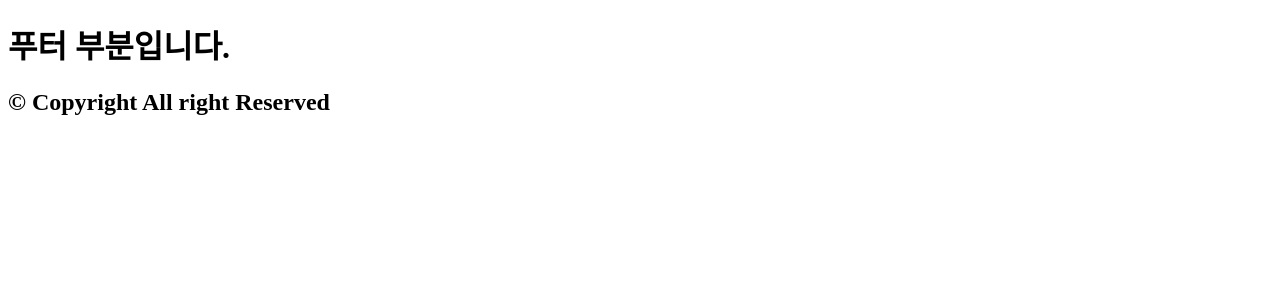
Repository: ifpi98/java_e
Page: http://localhost/jspproject/footer.jsp
These files come from the project's save history. The page is drawn as it stood at one moment and after the next save; the edit follows.
The browser window is 1280 px wide. The pictures show the whole page.
The page is served by Tomcat 9.

Above is the page before, as saved 2023-07-06 04:00:18.

After the next save:
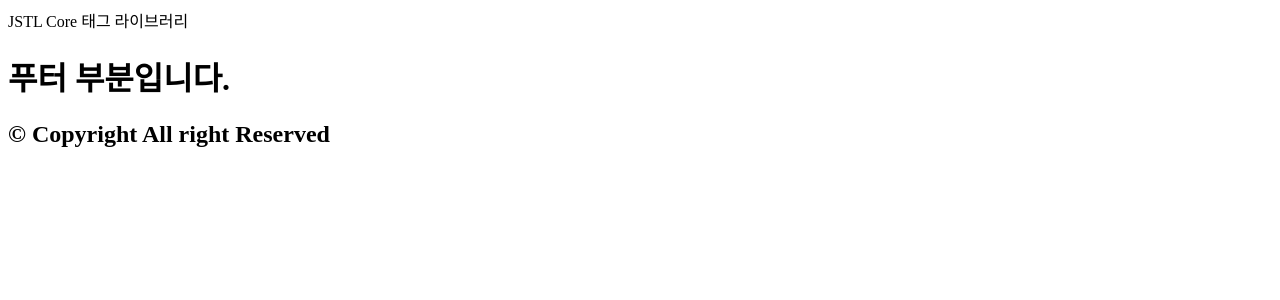
Saved 71 s later.
--- a/jspproject/src/main/webapp/footer.jsp
+++ b/jspproject/src/main/webapp/footer.jsp
@@ -1,5 +1,6 @@
 <%@ page language="java" contentType="text/html; charset=EUC-KR"
     pageEncoding="EUC-KR"%>
+<%@ taglib prefix="c" uri="http://java.sun.com/jsp/jstl/core" %>
 <!DOCTYPE html>
 <html>
 <head>
@@ -8,11 +9,11 @@
 </head>
 <body>
 
+<c:out value="JSTL Core 태그 라이브러리" />
+
+
 
 <h1> 푸터 부분입니다.</h1>
-	<c:out value="JSTL Core 태그 라이브러리" />
-
-
 <footer>
 <h2> &copy; Copyright All right Reserved </h2>
 </footer>
